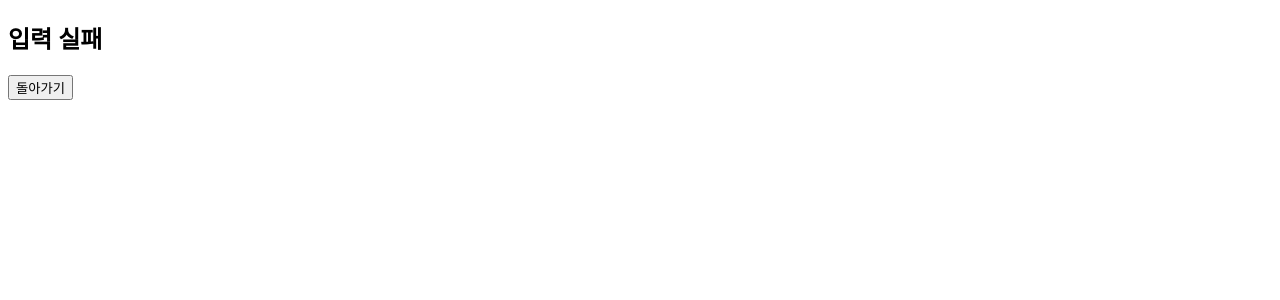
Repository: bluelessman/JSPServlet
Page: http://localhost/ServletStudy/JSPMission/JDBC/InsertFail.jsp
These files come from the project's save history. The page is drawn as it stood at one moment and after the next save; the edit follows.
The browser window is 1280 px wide. The pictures show the whole page.
The page is served by Tomcat 10. Other server files are loaded and not shown.

Above is the page before, as saved 2023-12-13 08:27:46.

### ServletStudy/src/main/webapp/JSPMission/JDBC/InsertFail.jsp
<%@ page language="java" contentType="text/html; charset=UTF-8"
    pageEncoding="UTF-8"%>
<!DOCTYPE html>
<html>
<head>
<meta charset="UTF-8">
<title>Insertfail</title>
</head>
<body>
<h2>입력 실패</h2>
<form action="InsertForm.jsp" method="post">
<input type="submit" value="돌아가기"/>
</form>
</body>
</html>

After the next save:
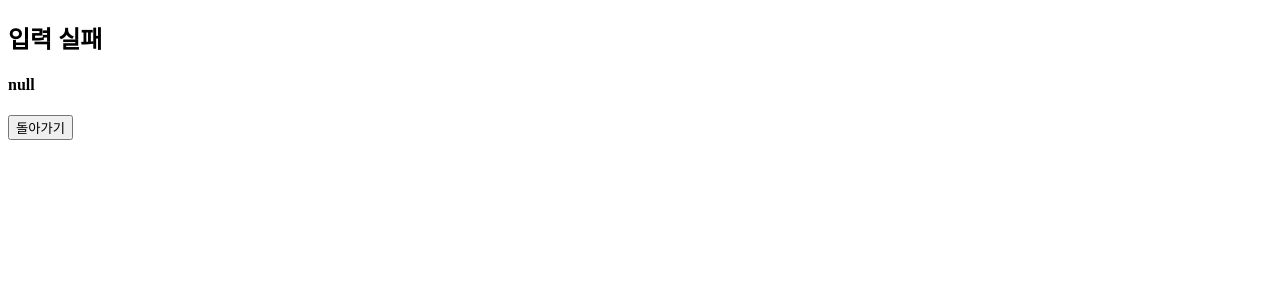
Saved 61 s later.
--- a/ServletStudy/src/main/webapp/JSPMission/JDBC/InsertFail.jsp
+++ b/ServletStudy/src/main/webapp/JSPMission/JDBC/InsertFail.jsp
@@ -8,6 +8,7 @@
 </head>
 <body>
 <h2>입력 실패</h2>
+<h4><%=request.getParameter("msg")%></h4>
 <form action="InsertForm.jsp" method="post">
 <input type="submit" value="돌아가기"/>
 </form>
